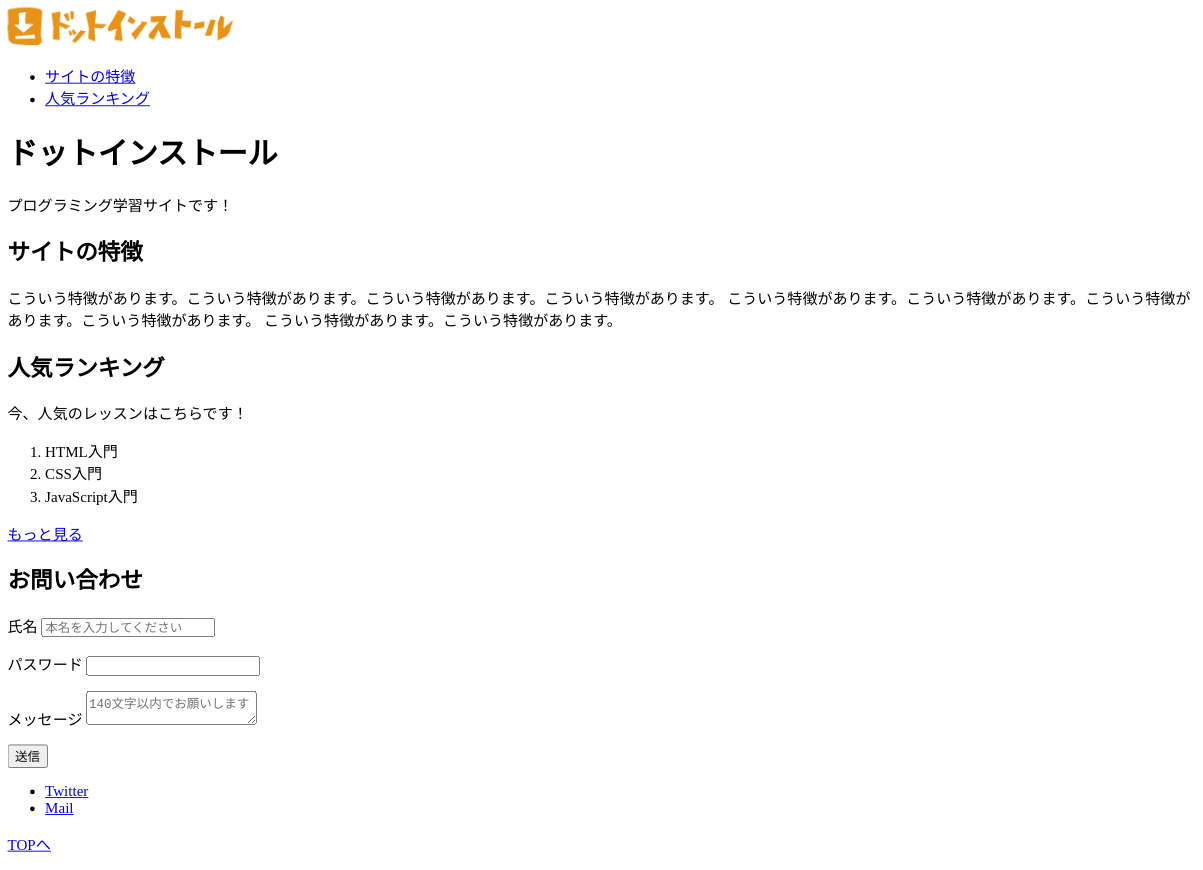
Repository: kojimayu/dotinstall-html
Page: index.html
The author's editor kept a copy of each file at every save. The page is drawn from the files as they stood at one save, then again after the next save.
The browser window is 1280 px wide. The pictures show the whole page, at 94% of full size.

Above is the page before, as saved 2019-04-04 19:23:45.

### index.html
<!DOCTYPE html>
<html lang="ja">

<head>
    <meta charset="UTF-8">
    <title>ドットインストール</title>
    <meta name="description" content="プログラミング学習サイトのドットインストールです。">
    <link rel="icon" href="img/favicon.ico">
</head>

<body>
    <img src="img/logo.png" alt="ドットインストールのロゴです" width="240" height="40">

    <ul>
        <li><a href="#features">サイトの特徴</a></li>
        <li><a href="#ranking">人気ランキング</a></li>
    </ul>

    <h1>ドットインストール</h1>
    <p>プログラミング学習サイトです！</p>

    <h2 id="features">サイトの特徴</h2>
    <p>こういう特徴があります。こういう特徴があります。こういう特徴があります。こういう特徴があります。
        こういう特徴があります。こういう特徴があります。こういう特徴があります。こういう特徴があります。
        こういう特徴があります。こういう特徴があります。
    </p>

    <h2 id="ranking">人気ランキング</h2>
    <p>今、人気のレッスンはこちらです！</p>
    <ol>
        <li>HTML入門</li>
        <li>CSS入門</li>
        <li>JavaScript入門</li>
    </ol>
    <p><a href="more_lessons.html">もっと見る</a></p>

    <h2>お問い合わせ</h2>
    <form>
        <p>
            <label for="name">氏名</label>
            <!-- <input type="text" id="name" value="名無しです"> -->
            <input type="text" id="name" placeholder="本名を入力してください">
        </p>
        <p>
            <label for="pwd">パスワード</label>
            <input type="password" id="pwd">
        </p>
        <p>
            <label for="messege">メッセージ</label>
            <textarea id="messege" placeholder="140文字以内でお願いします"></textarea>
        </p>
        <p>
            <button>送信</button>
        </p>
    </form>
    <ul>
        <li><a href="https://twitter.com/dotinstall" target="_blank">Twitter</a></li>
        <li><a href="mailto:taguch@gmail.com" target="_blank">Mail</a></li>
    </ul>

    <p><a href="#top">TOPへ</a></p>
</body>

</html>

After the next save:
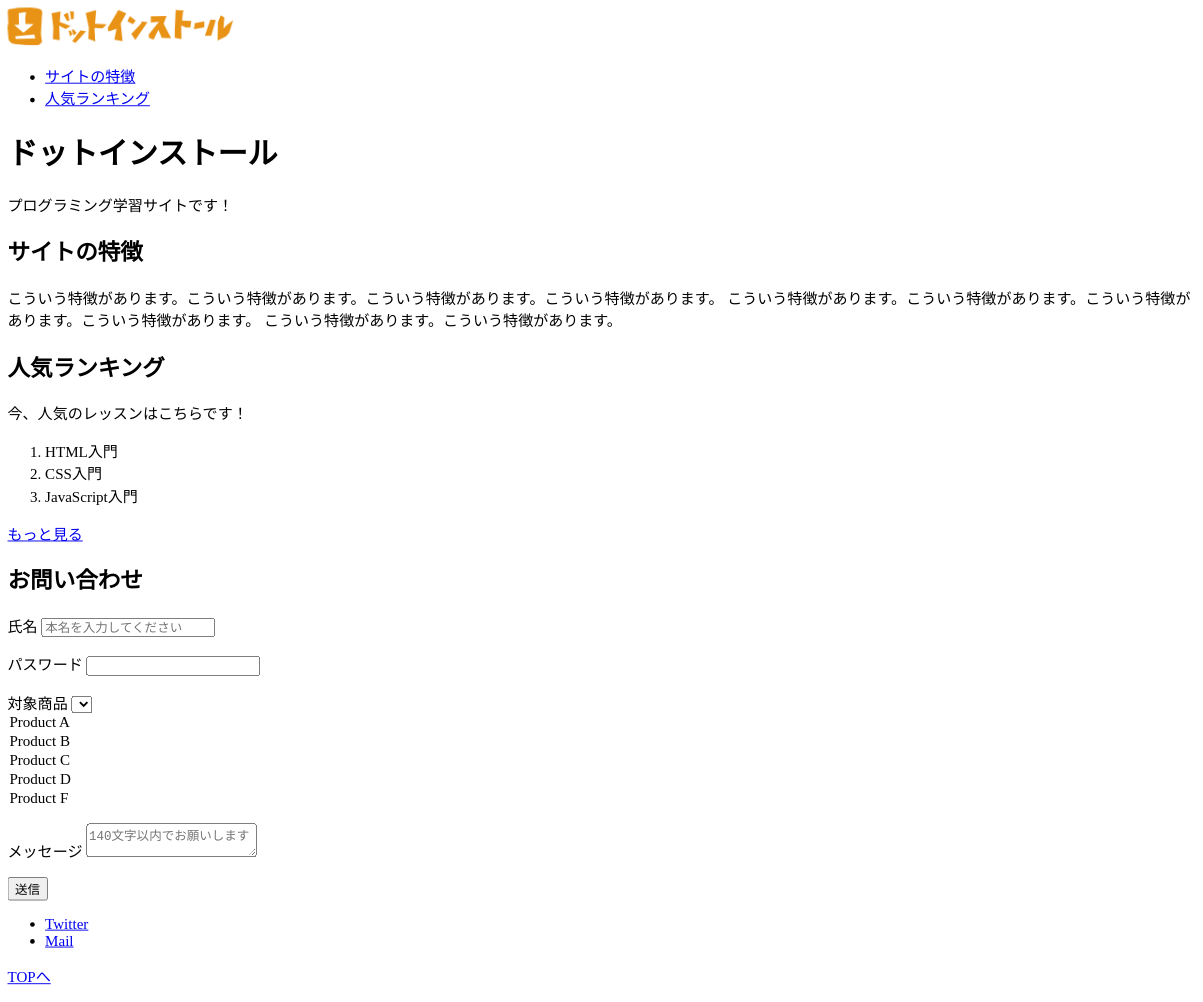
Saved 4 min 21 s later.
--- a/index.html
+++ b/index.html
@@ -46,6 +46,17 @@
             <input type="password" id="pwd">
         </p>
         <p>
+            <label for="">対象商品</label>
+            <select id="product"></select>
+            <option>Product A</option>
+            <option>Product B</option>
+            <option selected>Product C</option>
+            <option>Product D</option>
+            <option>Product F
+
+            </option>
+        </p>
+        <p>
             <label for="messege">メッセージ</label>
             <textarea id="messege" placeholder="140文字以内でお願いします"></textarea>
         </p>
